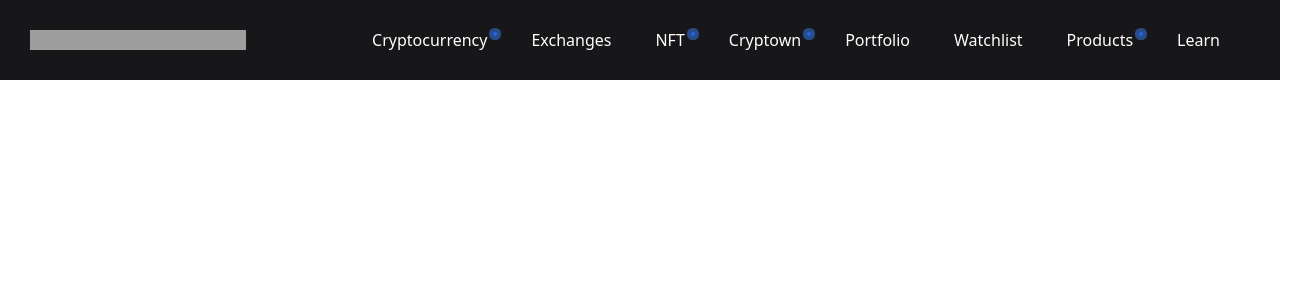
Repository: RayHuang880301/coinmarketcap-clone
Page: /
An editor plug-in stored every save of this project. The page is shown before and after the next save, followed by the edit.
The browser window is 1280 px wide. The page is 1280 px wide, then 1308 px, so the pictures cover 1308 px, including what lies to the right of the window. The pictures show the whole page.
Pictures or frames that could not be fetched are drawn as grey boxes. The project was rebuilt for these pictures with package versions that can differ from the ones it lists, and the page was loaded fresh each time. The framework's server and built-in components were replaced by stand-ins that run in the browser.

Above is the page before, as saved 2022-06-05 17:24:10.

### pages/index.tsx
import React from "react"
import type { NextPage } from 'next'
import Header from "../components/Header"

const Home: NextPage = () => {
  return (
    <div className='min-h-screen'>
      <Header />
      <div className='mt-10'/>
      <div className='mt-20'/>
    </div>
  )
}

export default Home

### components/Header.tsx
import React from 'react'
import Image from "next/image"

const styles = {
  navLink: `text-white flex mx-[10px]`,
  header: `bg-[#17171A] text-white h-20 flex gap-[100px] w-full p-[30px]`,
  headerWrapper: `flex justify-center h-full max-w-screen-xl mx-auto px-4`,
  nav: `flex justify-center items-center gap-[20px]`,
  navItem: `relative mr-1 cursor-pointer hover:opacity-60`,
  badge: `rounded-full bg-blue-600 h-1 w-1 absolute bottom-5 right-0 top-1 ring-4`,
}

const Header = () => {
  return (
    <div className={styles.header}>
      <Image
        src='https://s2.coinmarketcap.com/static/cloud/img/coinmarketcap_white_1.svg'
        alt='logo'
        width={220}
        height={220}
      />
      <div className={styles.headerWrapper}>
        <nav className={styles.nav}>
          <div className={styles.navItem}>
            <div className={styles.navLink}>Cryptocurrency</div>
            <div className={styles.badge} />
          </div>

          <div className={styles.navItem}>
            <div className={styles.navLink}>Exchanges</div>
          </div>

          <div className={styles.navItem}>
            <div className={styles.navLink}>NFT</div>
            <div className={styles.badge} />
          </div>

          <div className={styles.navItem}>
            <div className={styles.navLink}>Cryptown</div>
            <div className={styles.badge} />
          </div>

          <div className={styles.navItem}>
            <div className={styles.navLink}>Portfolio</div>
          </div>

          <div className={styles.navItem}>
            <div className={styles.navLink}>Watchlist</div>
          </div>

          <div className={styles.navItem}>
            <div className={styles.navLink}>Products</div>
            <div className={styles.badge} />
          </div>

          <div className={styles.navItem}>
            <div className={styles.navLink}>Learn</div>
          </div>
        </nav>
      </div>
    </div>
  )
}

export default Header

Loaded but not shown: pages/_app.tsx (common file); styles/globals.css (common file); tailwind.config.js (common file)

After the next save:
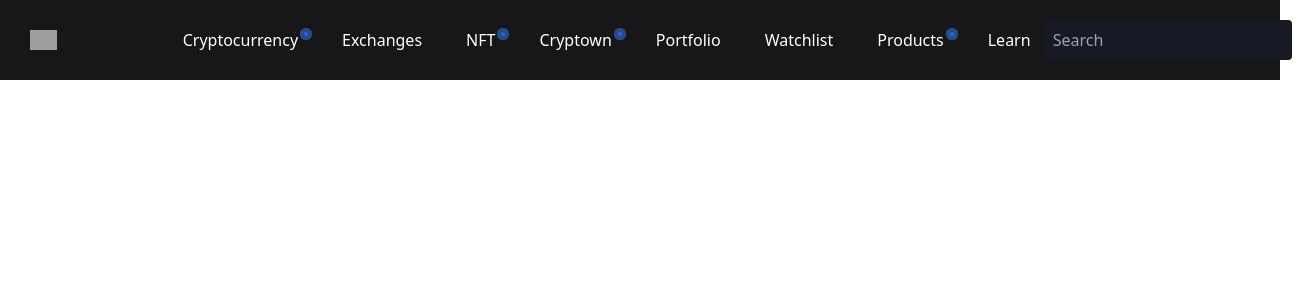
Saved 6 min 31 s later.
--- a/components/Header.tsx
+++ b/components/Header.tsx
@@ -8,6 +8,8 @@ const styles = {
   nav: `flex justify-center items-center gap-[20px]`,
   navItem: `relative mr-1 cursor-pointer hover:opacity-60`,
   badge: `rounded-full bg-blue-600 h-1 w-1 absolute bottom-5 right-0 top-1 ring-4`,
+  inputContainer: `flex items-center justify-center p-2 rounded bg-[#171924]`,
+  input: `bg-transparent outline-none text-white w-70 mL-3`,
 }
 
 const Header = () => {
@@ -57,6 +59,11 @@ const Header = () => {
             <div className={styles.navLink}>Learn</div>
           </div>
         </nav>
+        <div className='flex items-center'>
+          <div className={styles.inputContainer}>
+            <input className={styles.input} placeholder = 'Search' />
+          </div>
+        </div>
       </div>
     </div>
   )
